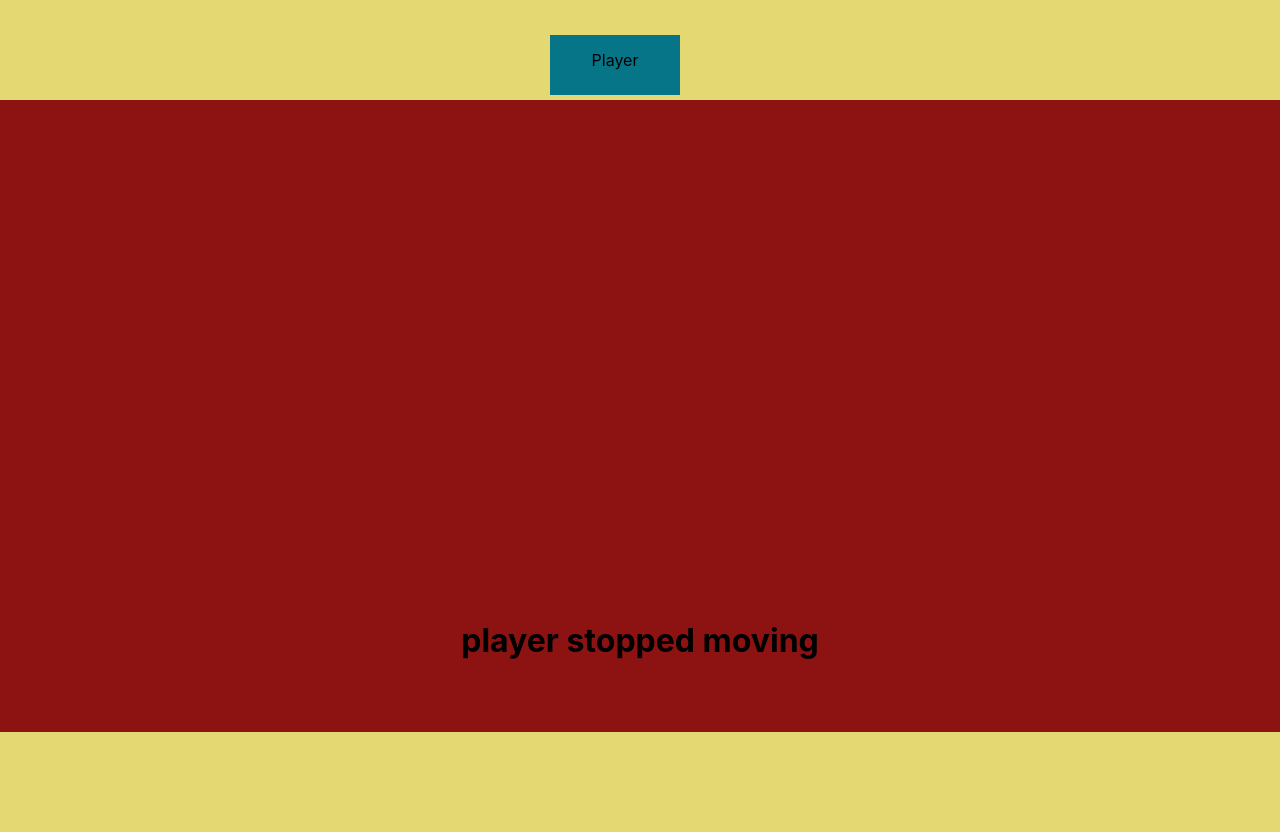
Repository: DerickT02/red-light-green-light
Page: /
These files come from the project's save history. The page is drawn as it stood at one moment and after the next save; the edit follows.
The browser window is 1280 px wide. The pictures show the whole page.
The project was rebuilt for these pictures with package versions that can differ from the ones it lists, and the page was loaded fresh each time.

Above is the page before, as saved 2021-12-07 06:52:20.

After the next save:
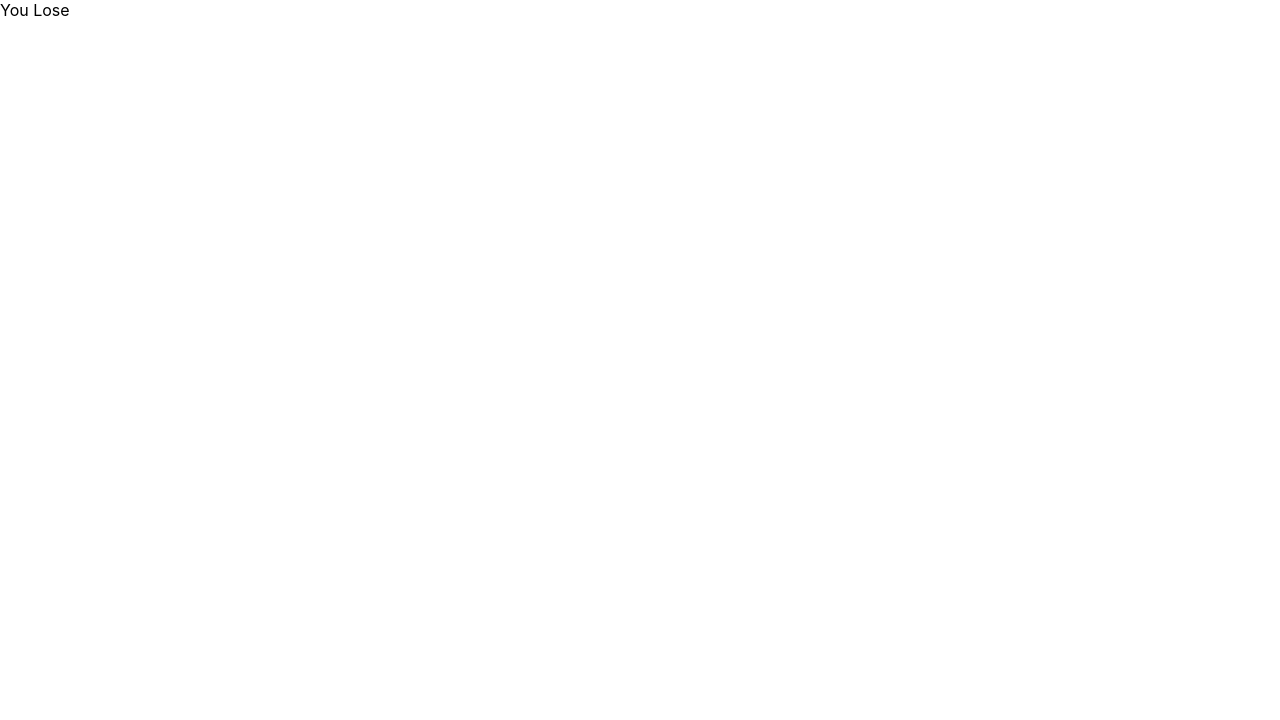
Saved 96 s later.
--- a/src/Field.js
+++ b/src/Field.js
@@ -42,7 +42,7 @@
 
 
         <div>
-        {
+        { lost ?
 
             (moving && canMove) || (!moving && canMove) || (!moving && !canMove) ?
             <div className = "Field">
@@ -69,6 +69,8 @@
                 <div className = "End"></div>
         </div>
 
+        : "You Lose"
+
         }
         </div>
 

After the 2 saves that followed:
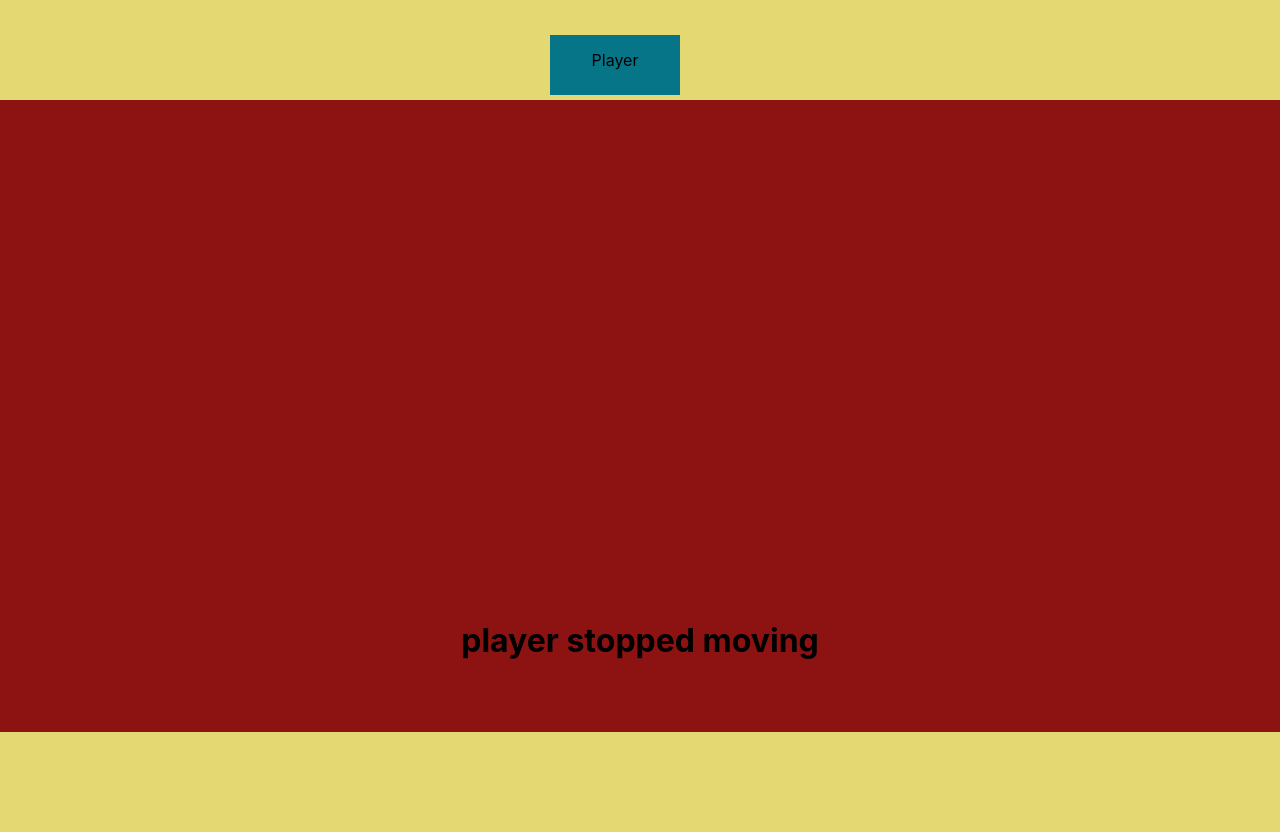
The 2 saves are shown as one change because 1 left the picture as it was.
The last was saved 32 s later.
--- a/src/Field.js
+++ b/src/Field.js
@@ -42,7 +42,7 @@
 
 
         <div>
-        { lost ?
+        {
 
             (moving && canMove) || (!moving && canMove) || (!moving && !canMove) ?
             <div className = "Field">
@@ -54,7 +54,7 @@
 
 
         <>
-        {() => {setLost(true)}}
+
             <h1>
 
                 You Lose
@@ -69,7 +69,7 @@
                 <div className = "End"></div>
         </div>
 
-        : "You Lose"
+
 
         }
         </div>
